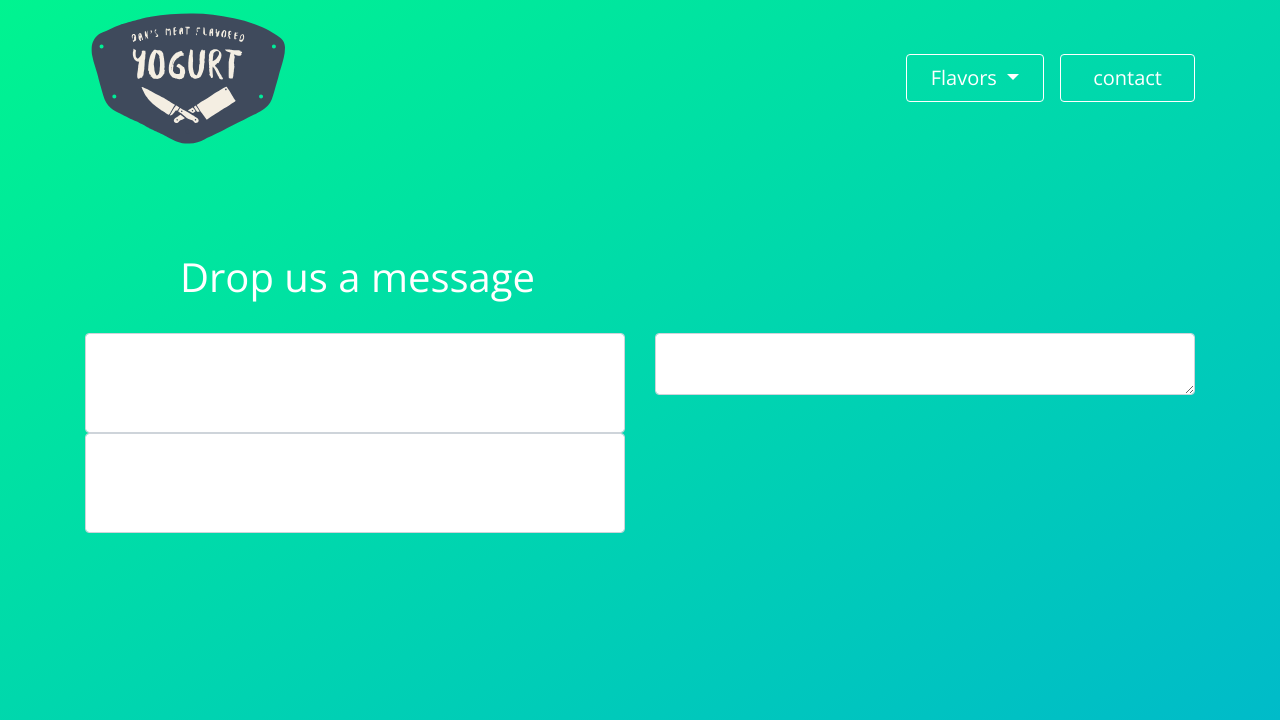
Repository: hoangnam180/Huyen
Page: Form.html
The author's editor kept a copy of each file at every save. The page is drawn from the files as they stood at one save, then again after the next save.
The browser window is 1280 px wide. The pictures show the whole page.

Above is the page before, as saved 2021-12-03 18:51:06.
Not found: space.scss

### Form.html
<!doctype html>
<html lang="en">

<head>
  <title>Title</title>
  <!-- Required meta tags -->
  <meta charset="utf-8">
  <meta name="viewport" content="width=device-width, initial-scale=1, shrink-to-fit=no">

  <!-- Bootstrap CSS -->
  <link rel="stylesheet" href="https://stackpath.bootstrapcdn.com/bootstrap/4.3.1/css/bootstrap.min.css"
    integrity="sha384-ggOyR0iXCbMQv3Xipma34MD+dH/1fQ784/j6cY/iJTQUOhcWr7x9JvoRxT2MZw1T" crossorigin="anonymous">
  <link rel="stylesheet" href="space.scss">
  <link rel="stylesheet" href="style.css">
  <link rel="preconnect" href="https://fonts.googleapis.com">
  <link rel="preconnect" href="https://fonts.gstatic.com" crossorigin>
  <link href="https://fonts.googleapis.com/css2?family=Abril+Fatface&family=Open+Sans:wght@300;400&display=swap"
    rel="stylesheet">
</head>

<body>
  <div class="container">
    <nav class="navbar navbar-expand-lg navbar-light pr-0 pl-0 ">
      <!-- logo -->
      <a class="navbar-brand " href="#"><img src="images/logo-dans-meat-yogurt.svg" width="207.49" height="130.59"
          alt="logo"></a>
      <!-- logo end -->
      <button class="navbar-toggler border border-white" type="button" data-toggle="collapse"
        data-target="#navbarNavDropdown" aria-controls="navbarNavDropdown" aria-expanded="false"
        aria-label="Toggle navigation">
        <span class="navbar-toggler-icon"></span>
      </button>
      <div class="collapse navbar-collapse" id="navbarNavDropdown">
        <!-- nav -->
        <ul class="navbar-nav ml-auto rounded ">
          <li class="nav-item dropdown border border border-white mr-2 rounded ">
            <a class="nav-link dropdown-toggle text-center text-white pr-4 pl-4" href="#" id="navbarDropdownMenuLink" role="button"
              data-toggle="dropdown" aria-expanded="false">
              Flavors
            </a>
            <div class="dropdown-menu" aria-labelledby="navbarDropdownMenuLink">
              <a class="dropdown-item" href="#">Action</a>
              <a class="dropdown-item" href="#">Another action</a>
              <a class="dropdown-item" href="#">Something else here</a>
              <a class="dropdown-item" href="#">Action</a>
            </div>
          </li>
          <li class="nav-item border border-white ml-2 px-2 rounded ">
            <a class="nav-link text-center text-white  pr-4 pl-4" href="contact.html">contact</a>
          </li>
        </ul>
      </div>
    </nav>
    <!-- end nav -->
    <div class="form">
        <div class="row ">
            <div class="col-11 offset-1 mt-5"><h1 class="text-white mt-5">Drop us a message</h1></div>
        </div>
        <div class="row mt-4">
            <div class="col">
                <div class="row flex-column">
                    <div class="col">
                        <input  style="height: 100px" type="email" class="form-control" id="exampleInputEmail1">
                    </div>
                    <div class="col">
                        <input  style="height: 100px" type="text" id="" class="form-control" placeholder="">
                    </div>
                </div>
            </div>
            <div class="col">
                <textarea class="form-control" placeholder="" id="floatingTextarea2"></textarea>
            </div>
        </div>
    </div>
  </div>

  <!-- Optional JavaScript -->
  <!-- jQuery first, then Popper.js, then Bootstrap JS -->
  <script src="https://code.jquery.com/jquery-3.3.1.slim.min.js"
    integrity="sha384-q8i/X+965DzO0rT7abK41JStQIAqVgRVzpbzo5smXKp4YfRvH+8abtTE1Pi6jizo"
    crossorigin="anonymous"></script>
  <script src="https://cdnjs.cloudflare.com/ajax/libs/popper.js/1.14.7/umd/popper.min.js"
    integrity="sha384-UO2eT0CpHqdSJQ6hJty5KVphtPhzWj9WO1clHTMGa3JDZwrnQq4sF86dIHNDz0W1"
    crossorigin="anonymous"></script>
  <script src="https://stackpath.bootstrapcdn.com/bootstrap/4.3.1/js/bootstrap.min.js"
    integrity="sha384-JjSmVgyd0p3pXB1rRibZUAYoIIy6OrQ6VrjIEaFf/nJGzIxFDsf4x0xIM+B07jRM"
    crossorigin="anonymous"></script>
</body>

</html>

### style.css
body{
    background:linear-gradient(to bottom right, #00F490, #00BBC9);
    background-attachment: fixed;
    font-size: 1.25rem;
    font-family:'Open Sans', sans-serif;
}
h5.card-title{
    color: #00F490;
}
h1.display-4{
    font-size: 4.2rem;
    text-shadow: 1px 0px 1px #000000;
    font-family: 'Abril Fatface', cursive;
}
p.lead{
    font-size: 2.25rem;
}
a.btn-outline-light{
    font-size: 1.18rem;
}
.img-top{

    border-radius: 10px 0px 0px 10px;
}
.text-top{
    border-radius: 0px 10px 10px 0px ;
}
span.next{
    margin-right: 100px;
}


@media (min-width: 768px) {
    .bg-white-md{
        background-color: white !important;
    }
    .text-black-md{
       color: #000 !important;
    }

}

After the next save:
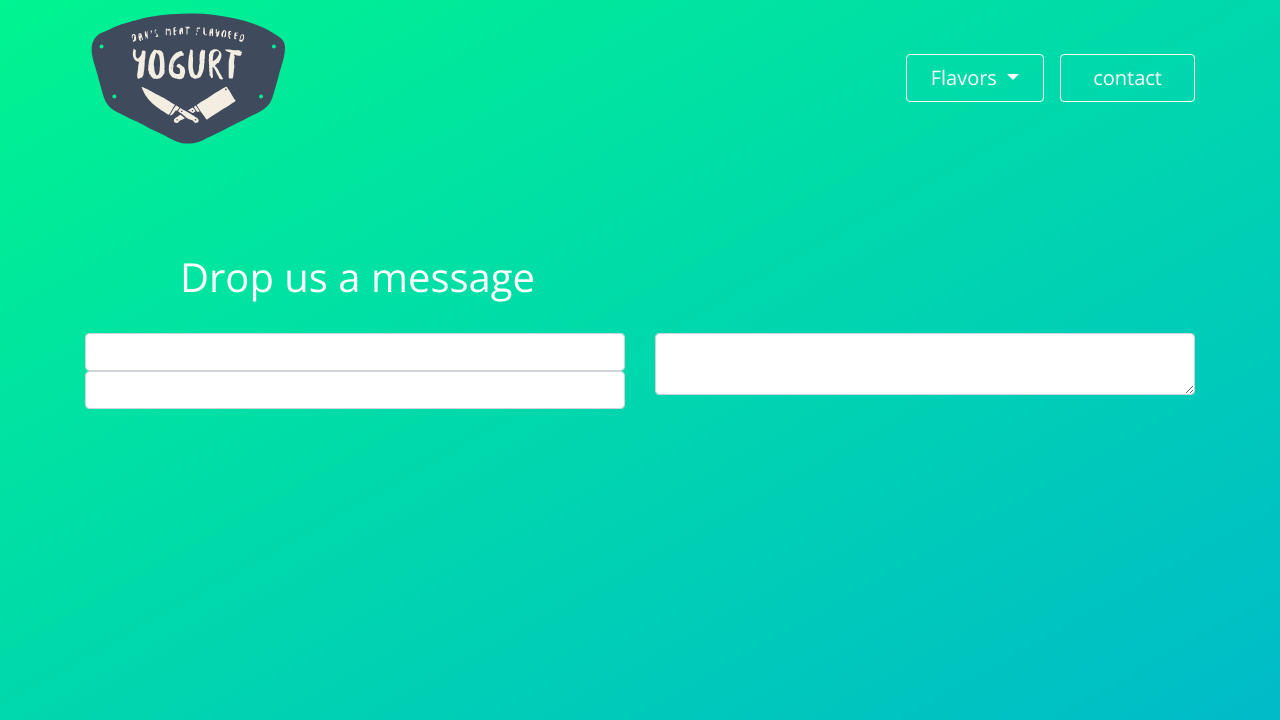
Saved 67 s later.
--- a/Form.html
+++ b/Form.html
@@ -60,15 +60,15 @@
             <div class="col">
                 <div class="row flex-column">
                     <div class="col">
-                        <input  style="height: 100px" type="email" class="form-control" id="exampleInputEmail1">
+                        <input 5 type="email" class="form-control" id="exampleInputEmail1">
                     </div>
                     <div class="col">
-                        <input  style="height: 100px" type="text" id="" class="form-control" placeholder="">
+                        <input  " type="text" id="" class="form-control" placeholder="">
                     </div>
                 </div>
             </div>
             <div class="col">
-                <textarea class="form-control" placeholder="" id="floatingTextarea2"></textarea>
+                <textarea class="form-control" placeholder="" ></textarea>
             </div>
         </div>
     </div>
